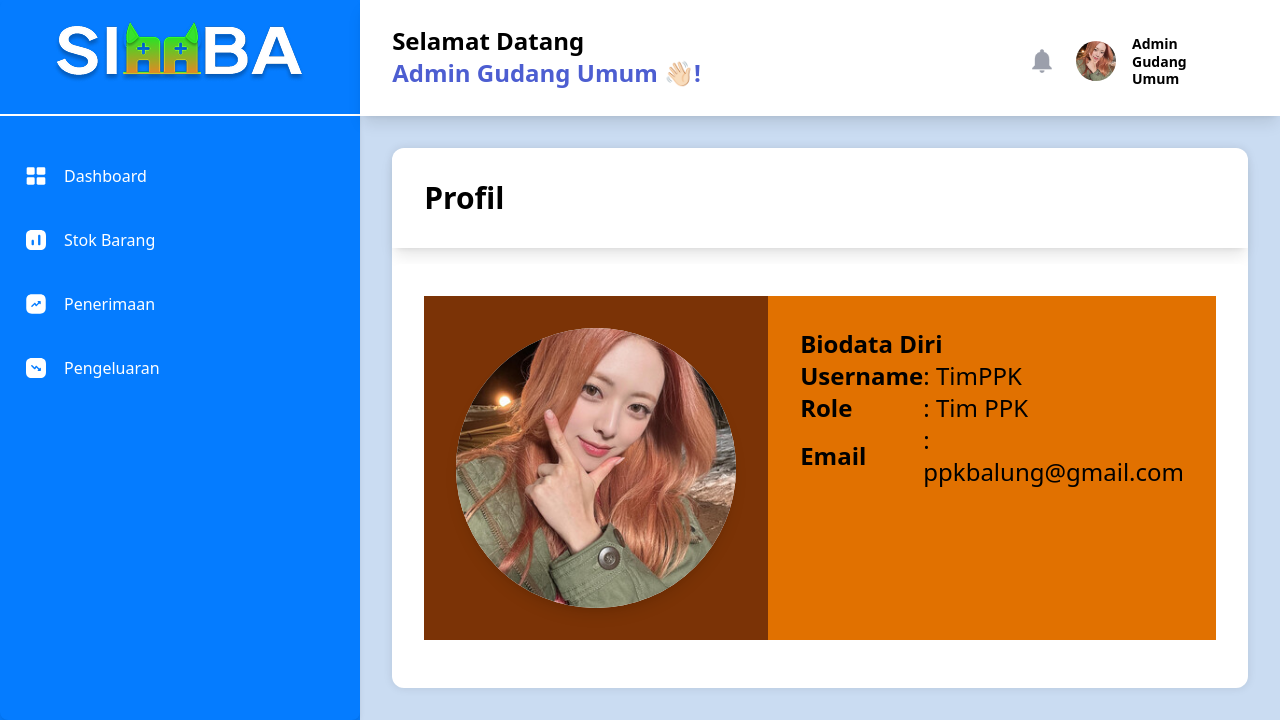
Repository: Gokerwow/inventory-fe
Page: /profil
These files come from the project's save history. The page is drawn as it stood at one moment and after the next save; the edit follows.
The browser window is 1280 px wide. The pictures show the whole page.
The project was rebuilt for these pictures with package versions that can differ from the ones it lists, and the page was loaded fresh each time. Also part of the build but not shown: vite.config.ts, src/components/lineChart.tsx, src/pages/dashboard.tsx, src/pages/stokBarang.tsx, src/components/pagination.tsx, src/components/PenerimaanTable.tsx, src/components/RiwayatPenerimaanTable.tsx, src/pages/penerimaan.tsx and 8 more.

Above is the page before, as saved 2025-10-28 12:08:53.

After the next save:
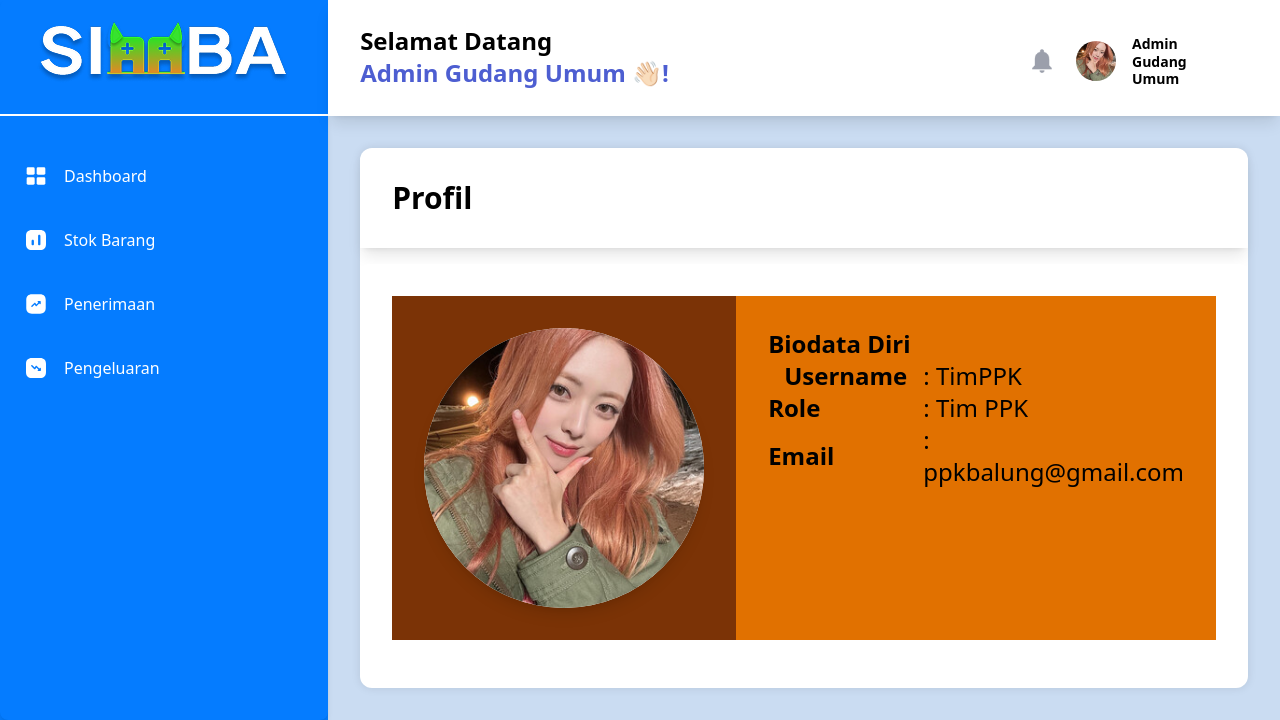
Saved 8 s later.
--- a/src/pages/profil.tsx
+++ b/src/pages/profil.tsx
@@ -15,7 +15,7 @@
                         <h1 className='font-bold'>Biodata Diri</h1>
                         <table>
                             <tr>
-                                <td width="100"><strong>Username</strong></td>
+                                <td width="100" className='px-4'><strong>Username</strong></td>
                                 <td>: TimPPK</td>
                             </tr>
                             <tr>

After the save that followed:
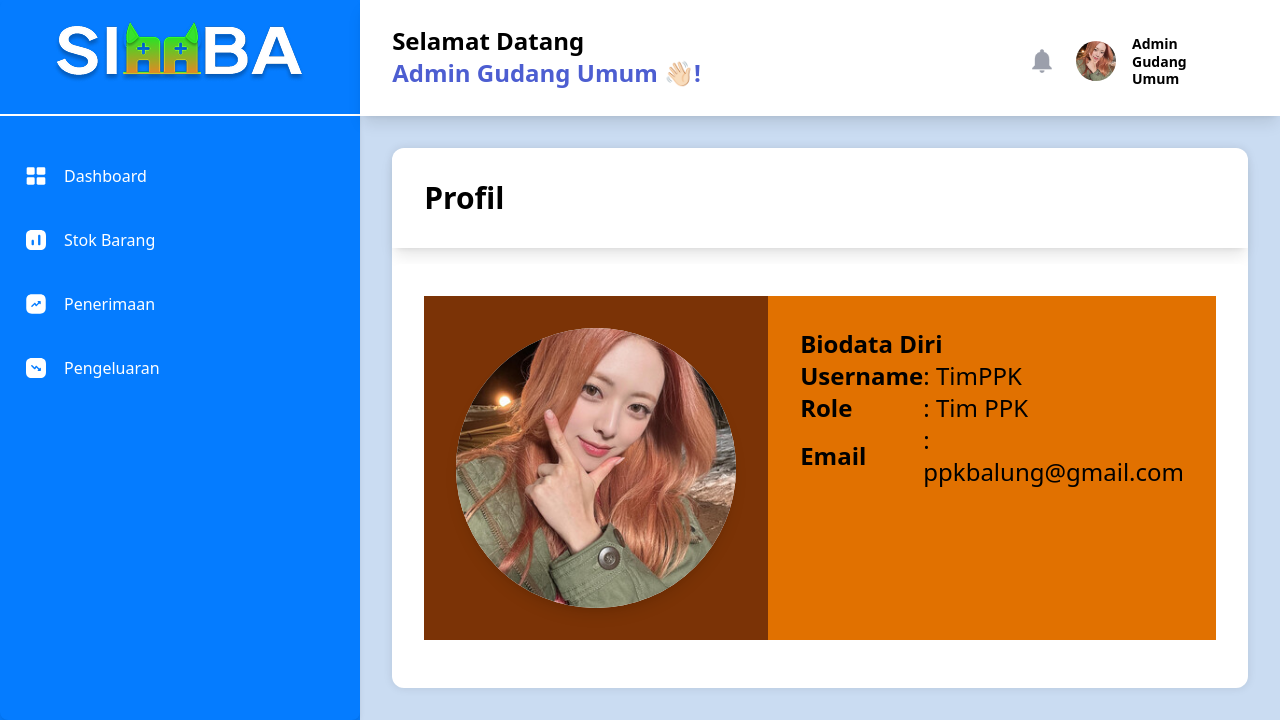
Saved 10 s later.
--- a/src/pages/profil.tsx
+++ b/src/pages/profil.tsx
@@ -15,8 +15,8 @@
                         <h1 className='font-bold'>Biodata Diri</h1>
                         <table>
                             <tr>
-                                <td width="100" className='px-4'><strong>Username</strong></td>
-                                <td>: TimPPK</td>
+                                <td width="100"><strong>Username</strong></td>
+                                <t classNamed>: TimPPK</t>
                             </tr>
                             <tr>
                                 <td><strong>Role</strong></td>
